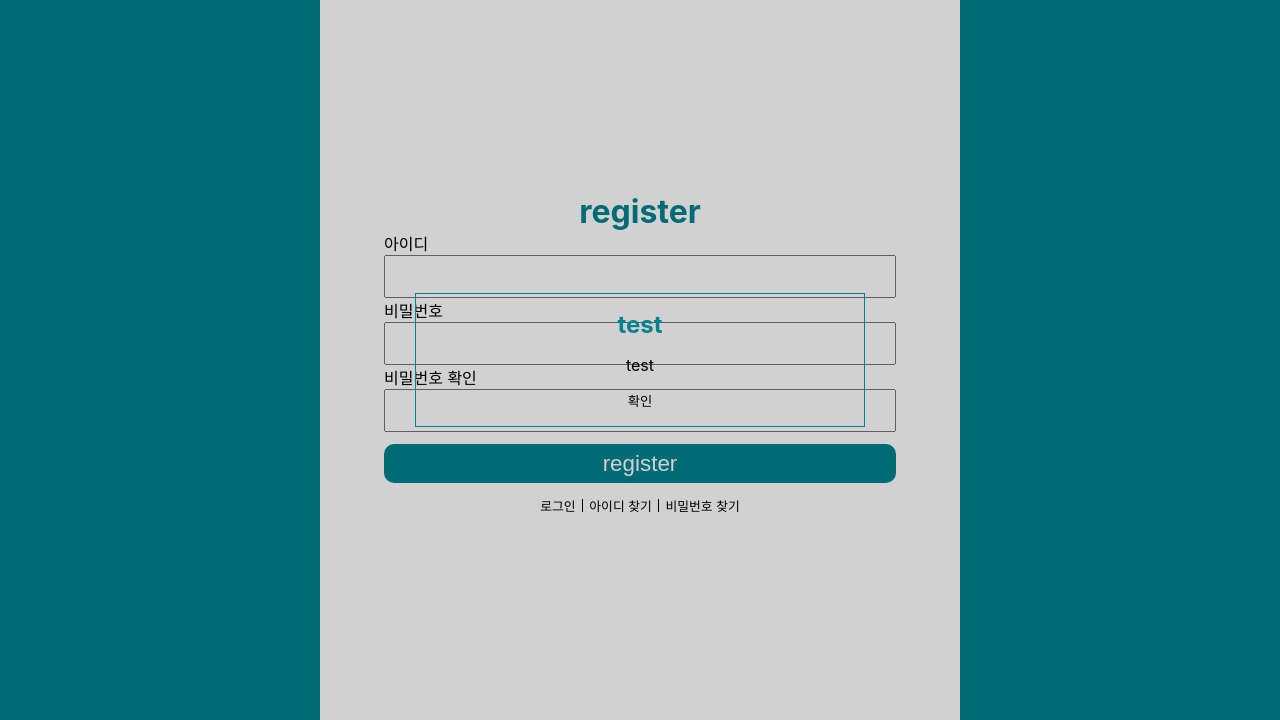
Repository: SeungYn/ticktickup-client
Page: /register
An editor plug-in stored every save of this project. The page is shown before and after the next save, followed by the edit.
The browser window is 1280 px wide. The pictures show the whole page.
The project was rebuilt for these pictures with package versions that can differ from the ones it lists, and the page was loaded fresh each time. Also part of the build but not shown: src/App.tsx, src/pages/Main.tsx, src/pages/TimeDetail.tsx, src/pages/MyInfo.tsx, src/containers/auth/LoginFormContainer.tsx, src/pages/LoginPage.tsx.

Above is the page before, as saved 2023-01-04 00:21:12.

### src/index.tsx
import React from 'react';
import ReactDOM from 'react-dom/client';
import { createBrowserRouter, RouterProvider } from 'react-router-dom';

import './index.css';
import App from './App';
import Main from './pages/Main';
import TimeDetail from './pages/TimeDetail';
import MyInfo from './pages/MyInfo';
import LoginContainer from './pages/LoginPage';
import RegisterPage from './pages/RegisterPage';
import { Provider } from 'react-redux';
import { store } from './modules';
import { ThemeProvider } from 'styled-components';

const root = ReactDOM.createRoot(
  document.getElementById('root') as HTMLElement
);

const router = createBrowserRouter([
  {
    path: '/',
    element: <App />,
    children: [
      { index: true, element: <Main /> },
      {
        path: 'TimeDetail',
        element: <TimeDetail />,
      },
      {
        path: 'Myinfo',
        element: <MyInfo />,
      },
    ],
  },
  {
    path: 'Login',
    element: <LoginContainer />,
  },
  {
    path: 'register',
    element: <RegisterPage />,
  },
]);

root.render(
  <Provider store={store}>
    <ThemeProvider theme={{ color: '#00838f' }}>
      <RouterProvider router={router}></RouterProvider>
    </ThemeProvider>
  </Provider>
);

### src/index.css
* {
  box-sizing: border-box;
}

html {
  height: 100%;
  width: 100%;
}

body {
  margin: 0;
  font-family: -apple-system, BlinkMacSystemFont, 'Segoe UI', 'Roboto', 'Oxygen',
    'Ubuntu', 'Cantarell', 'Fira Sans', 'Droid Sans', 'Helvetica Neue',
    sans-serif;
  -webkit-font-smoothing: antialiased;
  -moz-osx-font-smoothing: grayscale;
  height: 100%;
  width: 100%;
}

code {
  font-family: source-code-pro, Menlo, Monaco, Consolas, 'Courier New',
    monospace;
}

#root {
  height: 100%;
  width: 100%;
  background-color: #00838f;
  display: flex;
  justify-content: center;
}

input {
  outline: none;
}

h1,
h2 {
  margin: 0;
}

button {
  outline: none;
  background: none;
  border: none;
  cursor: pointer;
  padding: 0;
}

a {
  text-decoration: none;
  color: black;
}

a:visited {
  color: black;
}

### src/pages/RegisterPage.tsx
import React from 'react';
import RegisterFormContainer from '../containers/auth/RegisterFormContainer';

export default function RegisterPage() {
  const onSubmit = (e: React.FormEvent<HTMLFormElement>) => {
    e.preventDefault();
    console.log('submit');
  };
  return <RegisterFormContainer />;
}

### src/modules/index.ts
import { configureStore } from '@reduxjs/toolkit';
import authReducer from './auth';
import loadingReducer from './Loading';

export const store = configureStore({
  reducer: { auth: authReducer, loading: loadingReducer },
});
export type RootState = ReturnType<typeof store.getState>;
export type AppDispatch = typeof store.dispatch;

### src/containers/auth/RegisterFormContainer.tsx
import React from 'react';
import { useDispatch, useSelector } from 'react-redux';
import AuthForm from '../../components/auth/AuthForm';
import { AppDispatch, RootState } from '../../modules';
import { authRegister, changeField } from '../../modules/auth';

export default function RegisterFormContainer() {
  const { register, authError } = useSelector((state: RootState) => state.auth);
  const { loading } = useSelector((state: RootState) => state);
  const dispatch = useDispatch<AppDispatch>();
  const onSubmit = async (e: React.FormEvent<HTMLFormElement>) => {
    e.preventDefault();
    console.log('submit');

    const test = await dispatch(
      authRegister({ username: register.username, password: register.password })
    );
    console.log(test);
  };

  const onChange = (e: React.ChangeEvent<HTMLInputElement>) => {
    const { name, value } = e.target;
    dispatch(changeField({ form: 'register', name, value }));
  };
  console.log(authError);
  return (
    <AuthForm
      type={'register'}
      form={register}
      onChange={onChange}
      onSubmit={onSubmit}
      loading={loading.loading}
      passwordMatch={register.passwordMatch}
      authError={authError}
    />
  );
}

### src/modules/auth.ts
import { AxiosError, AxiosResponse } from 'axios';
import {
  createAsyncThunk,
  createSlice,
  current,
  PayloadAction,
} from '@reduxjs/toolkit';
import { AppDispatch } from '.';
import AuthService from '../service/authService';
import { finishLoading, startLoading } from './Loading';

const authService = AuthService.getHttpInstance();

export interface AuthSuccessResponse {
  username: string;
  token: string;
}

export interface AuthFailResponse {
  error: string;
}

export type Register = {
  username: string;
  password: string;
  passwordConfirm: string;
  passwordMatch: boolean;
  [key: string]: string | boolean;
};

export type Login = {
  username: string;
  password: string;
  [key: string]: string;
};

export const authRegister = createAsyncThunk<
  { token: string; username: string },
  { username: string; password: string },
  {
    rejectValue: AuthFailResponse;
    dispatch: AppDispatch;
  }
>('auth/REGISTER', async (form, thunkAPI) => {
  console.log('async');
  console.log(thunkAPI);
  thunkAPI.dispatch(startLoading());
  try {
    const res = (await authService.signup(
      form.username,
      form.password
    )) as AxiosResponse;

    return res.data;
  } catch (e) {
    //todo 에러메세지 가져오기

    return thunkAPI.rejectWithValue({ error: String(e) });
  } finally {
    thunkAPI.dispatch(finishLoading());
  }
});

export const authLogin = createAsyncThunk(
  'auth/LOGIN',
  async (form: Login, thunkAPI) => {
    thunkAPI.dispatch(startLoading());
    try {
      return { payload: { token: '123', username: '123' } };
    } catch (e) {
      return thunkAPI.rejectWithValue({ error: '123' });
    } finally {
      thunkAPI.dispatch(finishLoading());
    }
  }
);

interface InitialAuthFormState {
  register: Register;
  login: Login;
  authError: string | null | undefined;
  authDuplicateError: string | null;
  auth: null | { [key: string]: string };
}

const initialAuthFormState: InitialAuthFormState = {
  register: {
    username: '',
    password: '',
    passwordConfirm: '',
    passwordMatch: true,
  },

  login: {
    username: '',
    password: '',
  },
  authError: null,
  authDuplicateError: null,
  auth: null,
};

const authSlice = createSlice({
  name: 'authForm',
  initialState: initialAuthFormState,
  reducers: {
    changeField: (
      state,
      {
        payload,
      }: PayloadAction<{
        form: 'login' | 'register';
        value: string;
        name: string;
      }>
    ) => {
      const { form, name, value } = payload;

      state[form][name] = value;
      if (form === 'register') {
        if (state[form].password !== state[form].passwordConfirm)
          state[form].passwordMatch = false;
        else state[form].passwordMatch = true;
      }
    },
    initialForm: (
      state,
      { payload }: PayloadAction<{ form: 'login' | 'register' }>
    ) => {
      const { form } = payload;
      if (form === 'login') state[form] = initialAuthFormState[form];
      else state[form] = initialAuthFormState[form];
    },
  },
  extraReducers: (builder) => {
    builder
      .addCase(authRegister.pending, (state, action) => {
        state.authError = null;
        console.log('pending auth');
      })
      .addCase(authRegister.fulfilled, (state, action) => {
        state.auth = action.payload;
        console.log('fulfilled auth');
      })
      .addCase(authRegister.rejected, (state, action) => {
        state.authError = action.payload?.error;
      })
      .addCase(authLogin.pending, (state, action) => {
        console.log('pending');
      })
      .addCase(authLogin.fulfilled, (state, action) => {
        console.log('fulfilled');
      })
      .addCase(authLogin.rejected, (state, action) => {
        console.log('rejected');
      });
  },
});

export const { changeField, initialForm } = authSlice.actions;

export default authSlice.reducer;

### src/modules/Loading.ts
import { createSlice } from '@reduxjs/toolkit';

const loadingSlice = createSlice({
  name: 'loading',
  initialState: { loading: false },
  reducers: {
    startLoading: (state) => {
      console.log('startLoading');
      state.loading = true;
    },
    finishLoading: (state) => {
      state.loading = false;
    },
  },
});

export const { startLoading, finishLoading } = loadingSlice.actions;
export default loadingSlice.reducer;

### src/components/auth/AuthForm.tsx
import styles from './authForm.modue.scss';
import classNames from 'classnames';
import AuthBtn from '../common/AuthBtn';
import { Link } from 'react-router-dom';
import { Login, Register } from '../../modules/auth';
import { AppDispatch } from '../../modules';
import React from 'react';
import { css } from 'styled-components';
import ConfirmModal from '../common/ConfirmModal';
const cx = classNames.bind(styles);
interface AuthFormType {
  type: string;
  form: Login | Register;
  loading?: boolean;
  passwordMatch?: boolean;
  onSubmit: (e: React.FormEvent<HTMLFormElement>) => void;
  onChange: (e: React.ChangeEvent<HTMLInputElement>) => void;
  authError?: null | string;
}

export default function AuthForm({
  type,
  form,
  onChange,
  onSubmit,
  loading,
  passwordMatch,
  authError,
}: AuthFormType) {
  console.log(passwordMatch);
  return (
    <>
      {true && (
        <ConfirmModal
          title='test'
          content='test'
          callback={() => {}}
        ></ConfirmModal>
      )}
      <form className={cx('form')} onSubmit={onSubmit}>
        <h1>{type}</h1>
        <label htmlFor='username'>
          아이디
          <input
            type='text'
            name='username'
            onChange={onChange}
            value={form.username}
            required
          />
        </label>

        <label htmlFor='password'>
          비밀번호
          <input
            type='password'
            name='password'
            onChange={onChange}
            value={form.password}
            required
          />
        </label>

        {type === 'register' && (
          <label htmlFor='password' id='label-last'>
            <div>
              <span>비밀번호 확인</span>{' '}
              {!passwordMatch && (
                <span className={cx({ passwordNotMatch: !passwordMatch })}>
                  비밀번호를 확인해 주세요
                </span>
              )}
            </div>
            <input
              type='password'
              name='passwordConfirm'
              value={form.passwordConfirm}
              onChange={onChange}
              required
            />
          </label>
        )}
        {authError && <span style={{ color: 'red' }}>{authError}</span>}
        <AuthBtn title={type} />

        <div className={cx('footer')}>
          {type === 'login' ? (
            <Link to='/register' className={cx('footerBtn')}>
              회원가입
            </Link>
          ) : (
            <Link to='/login' className={cx('footerBtn')}>
              로그인
            </Link>
          )}
          <span className={cx('gap')}></span>
          <button className={cx('footerBtn')}>아이디 찾기</button>
          <span className={cx('gap')}></span>
          <button className={cx('footerBtn')}>비밀번호 찾기</button>
        </div>
      </form>
    </>
  );
}

### src/service/authService.ts
import { AxiosPromise, AxiosResponse } from 'axios';
import Http, { HttpInterface } from '../network/http';
export default class AuthService {
  private static instance: AuthService;

  private constructor(private http: HttpInterface) {}

  async signup(username: string, password: string) {
    const data = await this.http.fetch('/auth/signup', {
      method: 'POST',
      data: JSON.stringify({ username, password }),
    });
    console.log('data', data);
    return data;
  }

  public static getHttpInstance() {
    if (!AuthService.instance) {
      AuthService.instance = new AuthService(Http.getHttpInstance());
    }
    return AuthService.instance;
  }
}

### src/components/auth/authForm.modue.scss
@import '../../styles/utils.scss';

.form {
  width: 50%;
  min-width: 500px;
  height: 100%;
  display: flex;
  flex-direction: column;
  justify-content: center;
  align-items: center;
  background-color: $backgroundColor;
  padding: 0 4rem;

  & > *:not(label) {
    margin-bottom: 0.8rem;
  }

  & #label-last {
    margin-bottom: 0.8rem;
  }

  & > h1 {
    margin: 0;
    color: $main-color;
  }

  & input {
    font-size: 1.4rem;
    padding: 0.4rem 0;
  }

  & label {
    width: 100%;
    display: flex;
    flex-direction: column;
  }
}

.footer {
  display: flex;
  align-items: center;
}

.gap {
  display: inline-block;
  height: 0.8rem;
  border-left: 1px solid black;
}

.footerBtn {
  font-size: 0.8rem;
  padding: 0 0.4rem;
}

.passwordNotMatch {
  color: red;
}

@media (max-width: 800px) {
  .form {
  }
}

### src/components/common/AuthBtn.tsx
import styled from 'styled-components';

interface AuthBtnType {
  title: string;
}

const StyledInput = styled.button`
  width: 100%;

  font-size: 1.4rem;
  border: none;
  background: #00838f;
  border-radius: 10px;
  padding: 0.4rem 0;
  color: white;
  &:hover {
    cursor: pointer;
  }
`;

export default function AuthBtn({ title }: AuthBtnType) {
  return <StyledInput>{title}</StyledInput>;
}

### src/components/common/ConfirmModal.tsx
import styled from 'styled-components';

interface ModalType {
  title: string;
  content: string;
  callback: () => void;
}

export default function ConfirmModal({ title, content, callback }: ModalType) {
  return (
    <ModalContainer>
      <ModalContent>
        <h2>{title}</h2>
        <p>{content}</p>
        <button onClick={callback}>확인</button>
      </ModalContent>
    </ModalContainer>
  );
}

const ModalContainer = styled.div`
  width: 100%;
  height: 100%;
  position: fixed;
  background-color: rgba(0, 0, 0, 0.18);
  display: flex;
  justify-content: center;
  align-items: center;
`;

const ModalContent = styled.div`
  width: 450px;
  padding: 1rem;
  display: flex;
  flex-direction: column;
  justify-content: center;
  align-items: center;
  border: 1px solid ${(props) => props.theme.color};
  & h2 {
    color: ${(props) => props.theme.color};
  }
`;

### src/network/http.ts
import axios, {
  AxiosError,
  AxiosInstance,
  AxiosInterceptorOptions,
  AxiosRequestConfig,
  AxiosResponse,
} from 'axios';

export interface HttpInterface {
  fetch: (
    url: string,
    options: AxiosRequestConfig
  ) => Promise<AxiosResponse | AxiosError>;
}

export default class Http implements HttpInterface {
  private static instance: Http;
  private readonly client: AxiosInstance;
  private constructor(baseURL: string) {
    this.client = axios.create({
      baseURL: baseURL,
      withCredentials: true,
    });
  }

  async fetch(
    url: string,
    options: AxiosRequestConfig
  ): Promise<AxiosResponse> {
    this.client.defaults.headers.post['Content-Type'] = 'application/json';
    const { data, method, headers } = options;
    const request = {
      url,
      method,
      headers: {
        ...headers,
      },
      data,
    };
    let res: AxiosResponse;

    try {
      res = await this.client(request);
      return res;
    } catch (e) {
      if (axios.isAxiosError(e)) {
        const message = e.response?.data?.message;
        if (message) {
          throw new Error(message);
        }
      }
      throw new Error('Connect Error');
    }
  }
  public static getHttpInstance() {
    if (!Http.instance) {
      Http.instance = new Http(process.env.REACT_APP_BASE_URL as string);
    }
    return Http.instance;
  }
}

const a: HttpInterface = Http.getHttpInstance();

### src/styles/utils.scss
@import '~include-media/dist/include-media';

$red: #fa5252;
$orange: #fd7e14;
$yellow: #fcc419;
$green: #40c057;
$blue: #339af0;
$indigo: #5c7cfa;
$violet: #7950f2;
$backgroundColor: white;
$main-color: #00838f;
$font-size-medium: 1.2rem;
@mixin square($size) {
  $calculated: 32px * $size;
  width: $calculated;
  height: $calculated;
}

Loaded but not shown: public/index.html (common file)

After the next save:
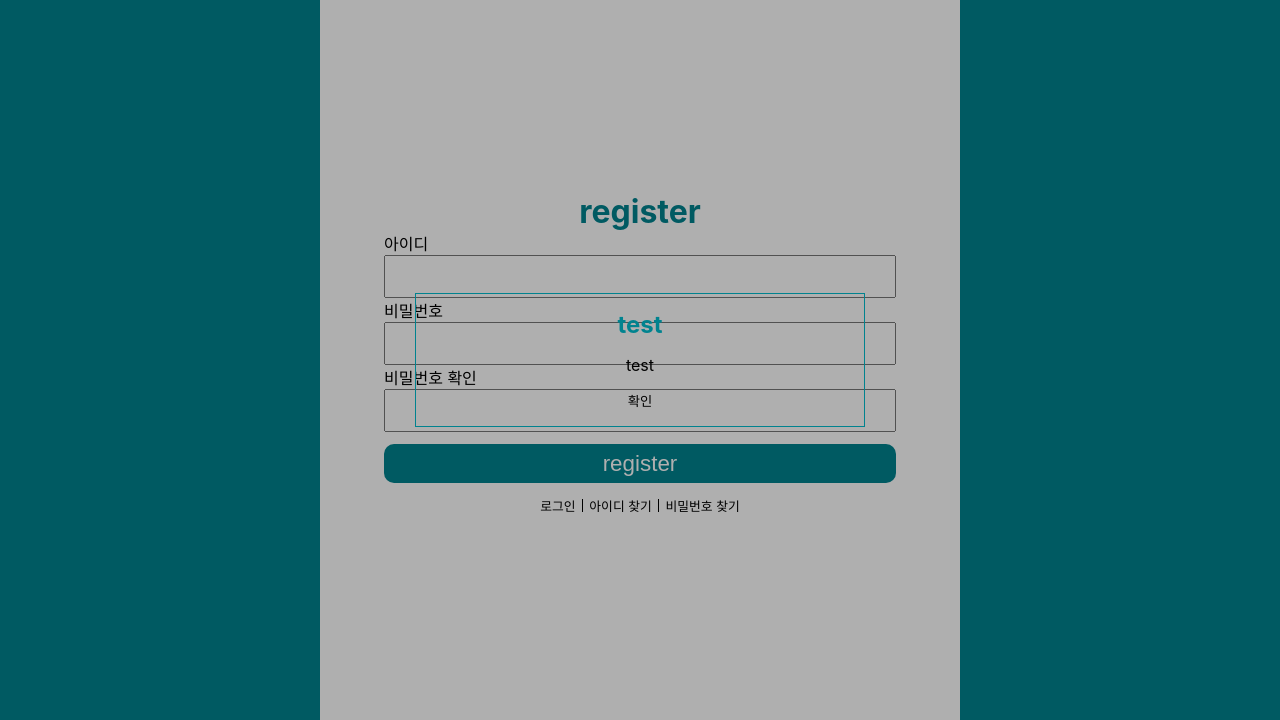
Saved 21 s later.
--- a/src/components/common/ConfirmModal.tsx
+++ b/src/components/common/ConfirmModal.tsx
@@ -22,7 +22,7 @@ const ModalContainer = styled.div`
   width: 100%;
   height: 100%;
   position: fixed;
-  background-color: rgba(0, 0, 0, 0.18);
+  background-color: rgba(0, 0, 0, 0.312);
   display: flex;
   justify-content: center;
   align-items: center;
